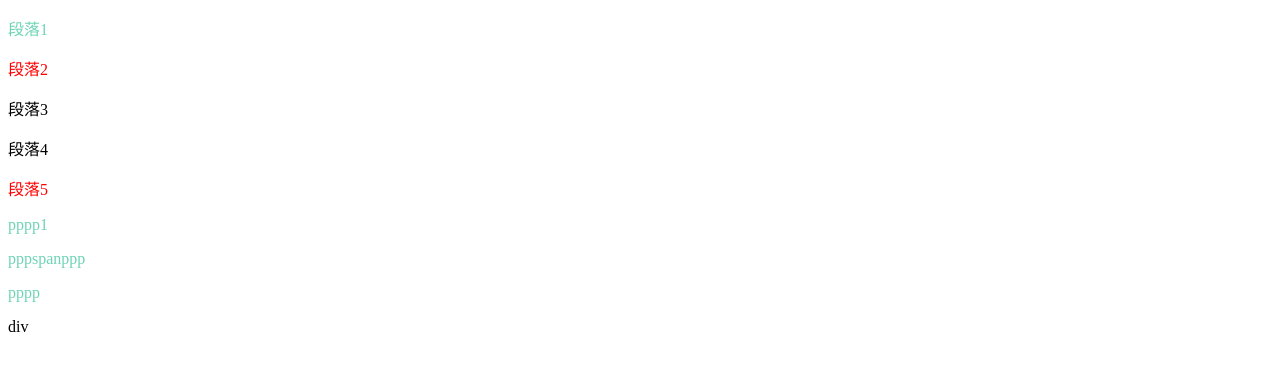
Repository: LstHeart/html-learning
Page: css3/CSS3选择器.html
The author's editor kept a copy of each file at every save. The page is drawn from the files as they stood at one save, then again after the next save.
The browser window is 1280 px wide. The pictures show the whole page.

Above is the page before, as saved 2021-01-07 22:54:22.

### css3/CSS3选择器.html
<!DOCTYPE html>
<html lang="en">
  <head>
    <meta charset="UTF-8" />
    <meta name="viewport" content="width=device-width, initial-scale=1.0" />
    <title>CSS3选择器</title>
    <link rel="stylesheet" href="CSS3选择器.css" />
  </head>
  <body>
    <div class="container">
      <p class="content p1">段落1</p>
      <p class="p2 content">段落2</p>
      <p class="content">段落3</p>
      <p class="content">段落4</p>
      <p class="content p5">段落5</p>
      <div><p>pppp1</p></div>

      <div><p>ppp<span>span</span>ppp</p></div>
      <div><p>pppp</p><div>div</div></div>
    </div>
  </body>
</html>

### css3/CSS3选择器.css
/* class属性值*/
/* p[class]{
    color: #ff0000;
} */

/* class属性值以content开头 */
/* p[class^=content]{
    color: #ff0000;
} */
/* class属性值以content结尾 */
/* p[class$=content]{
    color: #ff0000;
} */
/* class属性值中包含p */
p[class*="p"] {
  color: #ff0000;
}

/* 结构性伪类选择器 */
/* 1) :root 匹配html标签,与body选择器效果一样*/
/* :root {
  background-color: darkcyan;
} */
/* 2) 子元素选择
    :nth-child(n):第n个子元素
    */
p:first-child {
  /* color: #ffffff; */
  color: #6ed4b5;
}
/* 查找父元素中只有的一个标签为p标签 */
p:only-child{
    width: 200px;
    color: #6ed4b5;
}
p:only-of-type{

}

After the next save:
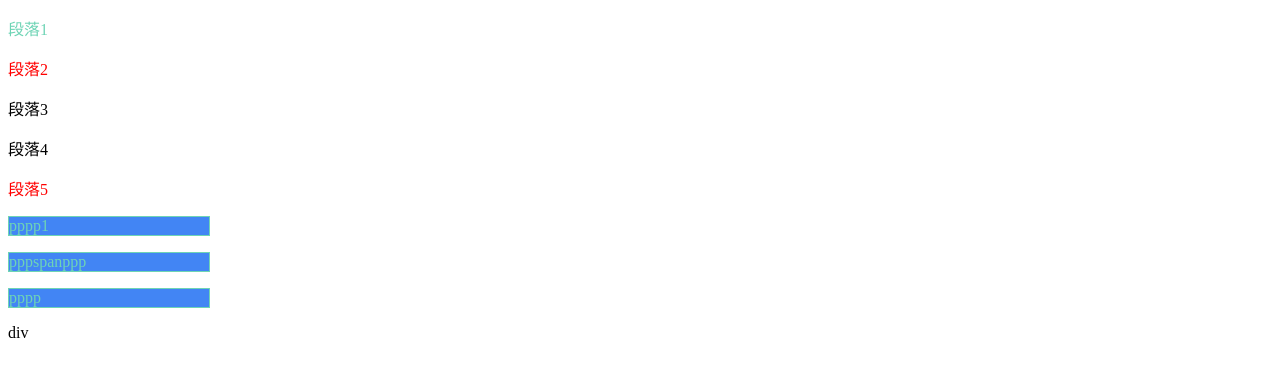
Saved 2 min 12 s later.
--- a/css3/CSS3选择器.css
+++ b/css3/CSS3选择器.css
@@ -34,5 +34,7 @@ p:only-child{
     color: #6ed4b5;
 }
 p:only-of-type{
-
+  width: 200px;
+  border: 1px solid #6ed4b5;
+  background-color: #4285f4;
 }
